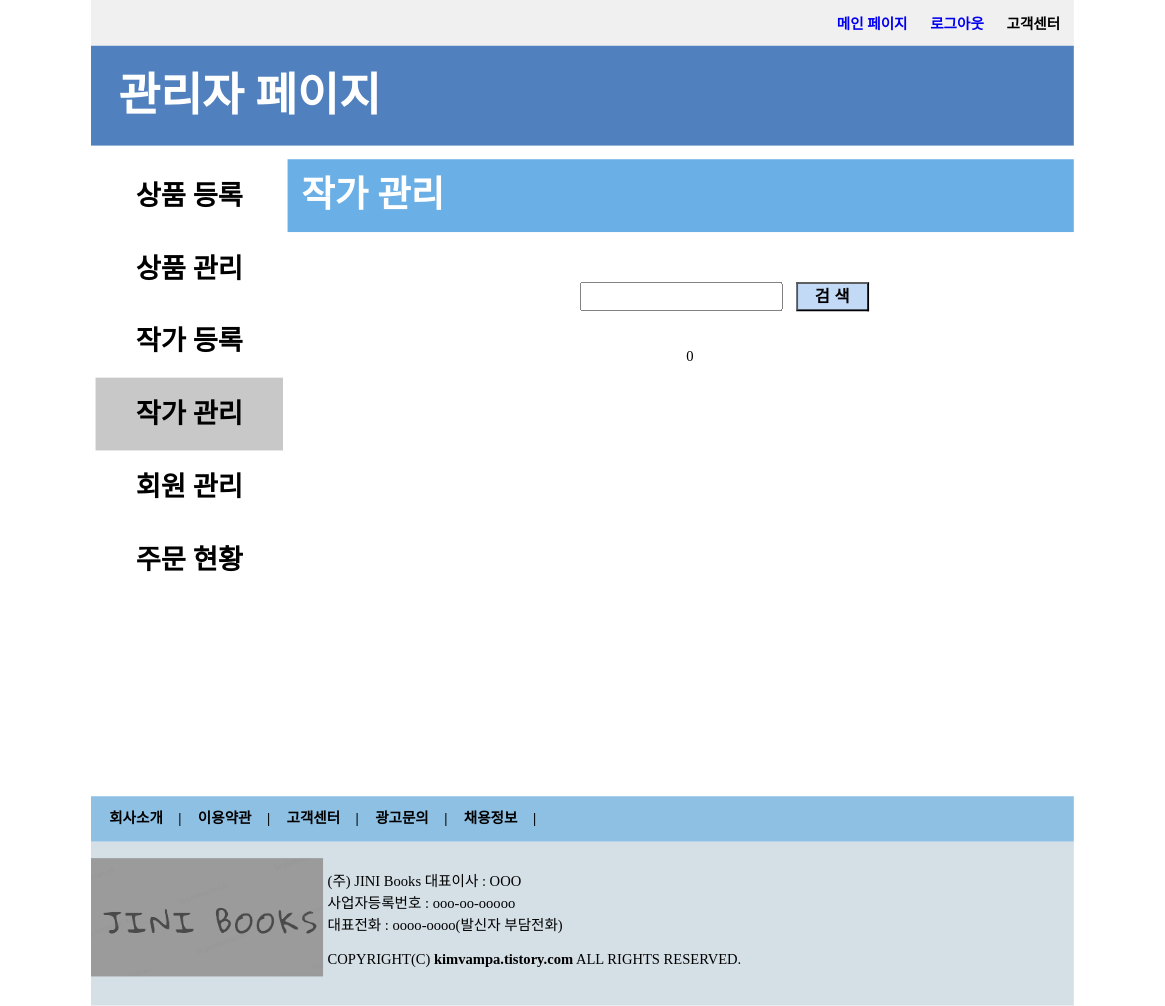
Repository: leechanjin7/ShoppingMall
Page: http://localhost/ShoppingMall/WEB-INF/views/admin/orderList.jsp
The author's editor kept a copy of each file at every save. The page is drawn from the files as they stood at one save, then again after the next save.
The browser window is 1280 px wide. The pictures show the whole page, at 91% of full size.
The page is served by Tomcat 9. Nobody is signed in. Other server files are loaded and not shown. The template is opened directly, without the code that normally fills it, so the values that code supplies are empty.

Above is the page before, as saved 2023-09-13 00:32:47.

### workspace/ShoppingMall/src/main/webapp/WEB-INF/views/admin/orderList.jsp
<%@ page language="java" contentType="text/html; charset=UTF-8"
    pageEncoding="UTF-8"%>
<%@ taglib uri="http://java.sun.com/jsp/jstl/core" prefix="c" %>
<%@ taglib prefix="fmt" uri="http://java.sun.com/jsp/jstl/fmt"%>
<!DOCTYPE html>
<html>
<head>
<meta charset="UTF-8">
<title>Insert title here</title>
<link rel="stylesheet" href="../resources/css/admin/authorManage.css">

<script
  src="https://code.jquery.com/jquery-3.4.1.js"
  integrity="sha256-WpOohJOqMqqyKL9FccASB9O0KwACQJpFTUBLTYOVvVU="
  crossorigin="anonymous"></script>
</head>
</head>
<body>

   				<%@include file="../includes/admin/header.jsp" %>

                <div class="admin_content_wrap">
                    <div class="admin_content_subject"><span>작가 관리</span></div>
                    <div class="author_table_wrap">
                    	<!-- 게시물 o -->
                    	<c:if test = "${listCheck != 'empty'}">

						</c:if>

						<!-- 게시물 x -->
						<c:if test="${listCheck == 'empty' }">
							<div class="table_empty">
								등록된 작가가 없습니다.
							</div>
						</c:if>

                    </div>

                    <!-- 검색 영역 -->
                    <div class="search_wrap">
                    	<form id="searchForm" action="/admin/authorManage" method="get">
                    		<div class="search_input">
                    			<input type="text" name="keyword" value='<c:out value="${pageMaker.cri.keyword}"></c:out>'>
                    			<input type="hidden" name="pageNum" value='<c:out value="${pageMaker.cri.pageNum }"></c:out>'>
                    			<input type="hidden" name="amount" value='${pageMaker.cri.amount}'>
                    			<button class='btn search_btn'>검 색</button>
                    		</div>
                    	</form>
                    </div>

                    <!-- 페이지 이동 인터페이스 영역 -->
                    <div class="pageMaker_wrap" >

	                    <ul class="pageMaker">

	                    	<!-- 이전 버튼 -->
	                    	<c:if test="${pageMaker.prev}">
	                    		<li class="pageMaker_btn prev">
	                    			<a href="${pageMaker.pageStart - 1}">이전</a>
	                    		</li>
	                    	</c:if>

	                    	<!-- 페이지 번호 -->
	                    	<c:forEach begin="${pageMaker.pageStart}" end="${pageMaker.pageEnd}" var="num">
	                    		<li class="pageMaker_btn ${pageMaker.cri.pageNum == num ? "active":""}">
	                    			<a href="${num}">${num}</a>
	                    		</li>
	                    	</c:forEach>

	                    	<!-- 다음 버튼 -->
	                    	<c:if test="${pageMaker.next}">
	                    		<li class="pageMaker_btn next">
	                    			<a href="${pageMaker.pageEnd + 1 }">다음</a>
	                    		</li>
	                    	</c:if>

	                    </ul>

                    </div>
              		<form id="moveForm" action="/admin/authorManage" method="get">
						<input type="hidden" name="pageNum" value="${pageMaker.cri.pageNum}">
						<input type="hidden" name="amount" value="${pageMaker.cri.amount}">
						<input type="hidden" name="keyword" value="${pageMaker.cri.keyword}">
					</form>
                </div>

                <%@include file="../includes/admin/footer.jsp" %>
<script>



</script>

</body>
</html>

### workspace/ShoppingMall/src/main/webapp/WEB-INF/views/includes/admin/header.jsp
<%@ page language="java" contentType="text/html; charset=UTF-8"
    pageEncoding="UTF-8"%>


    <div class="wrapper">
        <div class="wrap">
            <!-- gnv_area -->
            <div class="top_gnb_area">
                <ul class="list">
                    <li><a href="/main">메인 페이지</a></li>
                    <li><a href="/member/logout.do">로그아웃</a></li>
                    <li>고객센터</li>
                </ul>
            </div>
            <!-- top_subject_area -->
            <div class="admin_top_wrap">
                <span>관리자 페이지</span>

            </div>
            <!-- contents-area -->
            <div class="admin_wrap">
                <!-- 네비영역 -->
                <div class="admin_navi_wrap">
                  <ul>
                      <li >
                          <a class="admin_list_01" href="/admin/goodsEnroll">상품 등록</a>
                      </li>
                      <li>
                          <a class="admin_list_02" href="/admin/goodsManage">상품 관리</a>
                      </li>
                      <li>
                          <a class="admin_list_03" href="/admin/authorEnroll">작가 등록</a>
                      </li>
                      <li>
                          <a class="admin_list_04" href="/admin/authorManage">작가 관리</a>
                      </li>
                      <li>
                          <a class="admin_list_05">회원 관리</a>
                      </li>
                      <li>
	                      <a class="admin_list_06" href="/admin/orderList">주문 현황</a>
	                  </li>
                  </ul>
                </div>

### workspace/ShoppingMall/src/main/webapp/WEB-INF/views/includes/admin/footer.jsp
<%@ page language="java" contentType="text/html; charset=UTF-8"
    pageEncoding="UTF-8"%>

     <div class="clearfix"></div>
            </div>


        <!-- Footer 영역 -->
        <div class="footer_nav">
            <div class="footer_nav_container">
                <ul>
                    <li>회사소개</li>
                    <span class="line">|</span>
                    <li>이용약관</li>
                    <span class="line">|</span>
                    <li>고객센터</li>
                    <span class="line">|</span>
                    <li>광고문의</li>
                    <span class="line">|</span>
                    <li>채용정보</li>
                    <span class="line">|</span>
                </ul>
            </div>
        </div> <!-- class="footer_nav" -->

        <div class="footer">
            <div class="footer_container">

                <div class="footer_left">
                    <img src="resources/img/Logo.png">
                </div>
                <div class="footer_right">
                    (주) JINI Books    대표이사 : OOO
                    <br>
                    사업자등록번호 : ooo-oo-ooooo
                    <br>
                    대표전화 : oooo-oooo(발신자 부담전화)
                    <br>
                    <br>
                    COPYRIGHT(C) <strong>kimvampa.tistory.com</strong>    ALL RIGHTS RESERVED.
                </div>
                <div class="clearfix"></div>
            </div>
        </div> <!-- class="footer" -->

        </div>
    </div>

### workspace/ShoppingMall/src/main/webapp/resources/css/admin/authorManage.css
@charset "UTF-8";
*{
    margin: 0;
    padding:0;
}
a{
    text-decoration: none;
}
ul{
    list-style: none;
}
/* 화면 전체 렙 */
.wrapper{
    width: 100%;
}
/* content 랩 */
.wrap{
    width : 1080px;
    margin: auto;
}
/* 홈페이지 기능 네비 */
.top_gnb_area{
    width: 100%;
    height: 50px;
    background-color: #f0f0f1;
    position:relative;
}
.top_gnb_area .list{
    position: absolute;
    top: 0px;
    right: 0;

}
.top_gnb_area .list li{
    list-style: none;
    float : left;
    padding: 13px 15px 0 10px;
    font-weight: 900;
    cursor: pointer;
}

/* 관리제 페이지 상단 현페이지 정보 */
.admin_top_wrap{
    height:110px;
    line-height: 110px;
    background-color: #5080bd;
    margin-bottom:15px;
}
.admin_top_wrap>span{
    margin-left: 30px;
    display:inline-block;
    color: white;
    font-size: 50px;
    font-weight: bolder;
}
/* 관리자 wrap(네비+컨텐츠) */
.admin_wrap{


}

/* 관리자페이지 네비 영역 */
.admin_navi_wrap{
    width: 20%;
    height: 300px;
    float:left;
    height: 100%;
}
.admin_navi_wrap li{
    display: block;
    height: 80px;
    line-height: 80px;
    text-align: center;
}
.admin_navi_wrap li a{
    display: block;
    height: 100%;
    width: 95%;
    margin: 0 auto;
    cursor: pointer;
    font-size: 30px;
    font-weight: bolder;
}
.admin_navi_wrap li a:link {color: black;}
.admin_navi_wrap li a:visited {color: black;}
.admin_navi_wrap li a:active {color: black;}
.admin_navi_wrap li a:hover {color: black;}

.admin_list_04{
    background-color: #c8c8c8;
}


/* 관리자페이지 컨텐츠 영역 */
.admin_content_wrap{
    width: 80%;
    float:left;
    height: 100%;
    min-height : 700px;

}
.admin_content_subject{            /* 관리자 컨텐츠 제목 영역 */
    font-size: 40px;
    font-weight: bolder;
    padding-left: 15px;
    background-color: #6AAFE6;
    height: 80px;
    line-height: 80px;
    color: white;
}

/* footer navai 영역 */
.footer_nav{
    width:100%;
    height:50px;
}
.footer_nav_container{
    width: 100%;
    height: 100%;
    background-color:#8EC0E4;
}
.footer_nav_container>ul{
    font-weight : bold;
    float:left;
    list-style:none;
    position:relative;
    padding-top:10px;
    line-height: 27px;
    font-family: dotum;
    margin-left: 10px;
}
.footer_nav_container>ul>li{
    display:inline;
    width: 45px;
    height: 19px;
    padding: 10px 9px 0 10px;
}
.footer_nav_container>ul>span{
    margin: 0 4px;
}
/* footer 영역 */
.footer{
    width:100%;
    height:130px;
    background-color:#D4DFE6;
    padding-bottom : 50px;
}
.footer_container{
    width: 100%;
    height: 100%;
    margin: auto;
}
.footer_left>img {
    width: 150%;
    height: 130px;
    margin-left: -20px;
    margin-top: -12px;
}
.footer_left{
    float :left;
    width: 170px;
    margin-left: 20px;
    margin-top : 30px;

}
.footer_right{
    float :left;
    width: 680px;
    margin-left: 70px;
    margin-top : 30px;
}

/* 작가 목록 영역 */
.author_table_wrap{
	padding: 20px 35px
}
.author_table{
	width: 100%;
    border: 1px solid #d3d8e1;
    text-align: center;
    border-collapse: collapse;
}
.author_table td{
	padding: 10px 5px;
	border : 1px solid #e9ebf0;
}
.author_table thead{
	background-color: #f8f9fd;
	font-weight: 600;
}
.th_column_1{
	width:120px;
}
.th_column_3{
	width:110px;
}
.th_column_4{
	width:140px;
}
.th_column_5{
	width:140px;
}
/* 작가 상세 페이지 이동 태그 */
.author_table a{
	color:#1088ed;
	font-weight: 500;
}

/* 페이지 버튼 인터페이스 */
.pageMaker_wrap{
	text-align: center;
    margin-top: 30px;
    margin-bottom: 40px;
}
.pageMaker_wrap a{
	color : black;
}
.pageMaker{
    list-style: none;
    display: inline-block;
}
.pageMaker_btn {
    float: left;
    width: 40px;
    height: 40px;
    line-height: 40px;
    margin-left: 20px;
}
.next, .prev {
    border: 1px solid #ccc;
    padding: 0 10px;
}
.next a, .prev a {
    color: #ccc;
}
.active{							/* 현재 페이지 버튼 */
	border : 2px solid black;
	font-weight:400;
}

/* 검색 영역 */
.search_wrap{
	margin-top:15px;
}
.search_input{
    position: relative;
    text-align:center;
}
.search_input input[name='keyword']{
	padding: 4px 10px;
    font-size: 15px;
    height: 20px;
    line-height: 20px;
}
.search_btn{
	height: 32px;
    width: 80px;
    font-weight: 600;
    font-size: 18px;
    line-height: 20px;
    position: absolute;
    margin-left: 15px;
    background-color: #c3daf7;
}

.table_empty{
	height: 50px;
    text-align: center;
    margin: 200px 0 215px 0px;
    font-size: 25px;
}


/* float 속성 해제 */
.clearfix{
    clear: both;
}

### workspace/ShoppingMall/src/main/webapp/resources/css/admin/orderList.css
@charset "UTF-8";
*{
	margin: 0;
	padding:0;
}
a{
	text-decoration: none;
}
a:link {color: black;}
a:visited {color: black;}
a:active {color: black;}
a:hover {color: black;}
ul{
    list-style: none;
}
/* 화면 전체 렙 */
.wrapper{
	width: 100%;
}
/* content 랩 */
.wrap{
	width : 1080px;
	margin: auto;
}
/* 홈페이지 기능 네비 */
.top_gnb_area{
	width: 100%;
    height: 50px;
    background-color: #f0f0f1;
    position:relative;
}
.top_gnb_area .list{
	position: absolute;
    top: 0px;
    right: 0;

}
.top_gnb_area .list li{
	list-style: none;
    float : left;
    padding: 13px 15px 0 10px;
    font-weight: 900;
    cursor: pointer;
}

/* 관리제 페이지 상단 현페이지 정보 */
.admin_top_wrap{
    height:110px;
    line-height: 110px;
    background-color: #5080bd;
    margin-bottom: 15px;
}
.admin_top_wrap>span{
    margin-left: 30px;
    display:inline-block;
    color: white;
    font-size: 50px;
    font-weight: bolder;
}
/* 관리자 wrap(네비+컨텐츠) */
.admin_wrap{


}

/* 관리자페이지 네비 영역 */
.admin_navi_wrap{
    width: 20%;
    height: 300px;
    float:left;
    height: 100%;
}
.admin_navi_wrap li{
    display: block;
    height: 80px;
    line-height: 80px;
    text-align: center;
}
.admin_navi_wrap li a{
    display: block;
    height: 100%;
    width: 95%;
    margin: 0 auto;
    cursor: pointer;
    font-size: 30px;
    font-weight: bolder;
}

.admin_list_06{
    background-color: #c8c8c8;
}


/* 관리자페이지 컨텐츠 영역 */
.admin_content_wrap{
    width: 80%;
    float:left;
    min-height:700px;
}
.admin_content_subject{	/* 관리자 컨텐츠 제목 영역 */
    font-size: 40px;
    font-weight: bolder;
    padding-left: 15px;
    background-color: #6AAFE6;
    height: 80px;
    line-height: 80px;
    color: white;
}
	/* 작가 목록 영역 */
.order_table_wrap{
	padding: 20px 35px;
	min-height: 570px;
}
.order_table{
	margin: auto;
    width: 100%;
    border: 1px solid #d3d8e1;
    text-align: center;
    border-collapse: collapse;
    margin-top: 10px;
}
.order_table td{
	padding: 10px 5px;
	border : 1px solid #e9ebf0;
}
.order_table thead{
	background-color: #f8f9fd;
	font-weight: 600;
}

.table_empty{
	height: 50px;
    text-align: center;
    margin: 200px 0 215px 0px;
    font-size: 25px;
}

	/* 검색 영역 */
.search_wrap{
	margin-top:15px;
}
.search_input{
    position: relative;
    text-align:center;
}
.search_input input[name='keyword']{
	padding: 4px 10px;
    font-size: 15px;
    height: 20px;
    line-height: 20px;
}
.search_btn{
	height: 32px;
    width: 80px;
    font-weight: 600;
    font-size: 18px;
    line-height: 20px;
    position: absolute;
    margin-left: 15px;
    background-color: #c3daf7;
}

	/* 페이지 버튼 인터페이스 */
.pageMaker_wrap{
	text-align: center;
    margin-top: 30px;
    margin-bottom: 40px;
}
.pageMaker{
    list-style: none;
    display: inline-block;
}
.pageMaker_btn {
    float: left;
    width: 40px;
    height: 40px;
    line-height: 40px;
    margin-left: 20px;
}
.active{
	border : 2px solid black;
	font-weight:400;
}
.next, .prev {
    border: 1px solid #ccc;
    padding: 0 10px;
}
.next a, .prev a {
    color: #ccc;
}
.delete_btn{
    border: none;
    color: white;
    padding: 5px 15px;
    cursor: pointer;
    background-color: #f7564b;
}
.delete_btn:hover{
	background-color : #da190b;
}

/* footer navai 영역 */
.footer_nav{
	width:100%;
	height:50px;
}
.footer_nav_container{
	width: 100%;
	height: 100%;
	background-color:#8EC0E4;
}
.footer_nav_container>ul{
	font-weight : bold;
	float:left;
	list-style:none;
	position:relative;
	padding-top:10px;
	line-height: 27px;
	font-family: dotum;
	margin-left: 10px;
}
.footer_nav_container>ul>li{
	display:inline;
	width: 45px;
	height: 19px;
	padding: 10px 9px 0 10px;
}
.footer_nav_container>ul>span{
	margin: 0 4px;
}
/* footer 영역 */
.footer{
	width:100%;
	height:130px;
	background-color:#D4DFE6;
	padding-bottom : 50px;
}
.footer_container{
	width: 100%;
	height: 100%;
	margin: auto;
}
.footer_left>img {
	width: 150%;
    height: 130px;
    margin-left: -20px;
    margin-top: -12px;
}
.footer_left{
	float :left;
	width: 170px;
	margin-left: 20px;
	margin-top : 30px;

}
.footer_right{
	float :left;
	width: 680px;
	margin-left: 70px;
	margin-top : 30px;
}



/* float 속성 해제 */
.clearfix{
	clear: both;
}

After the next save:
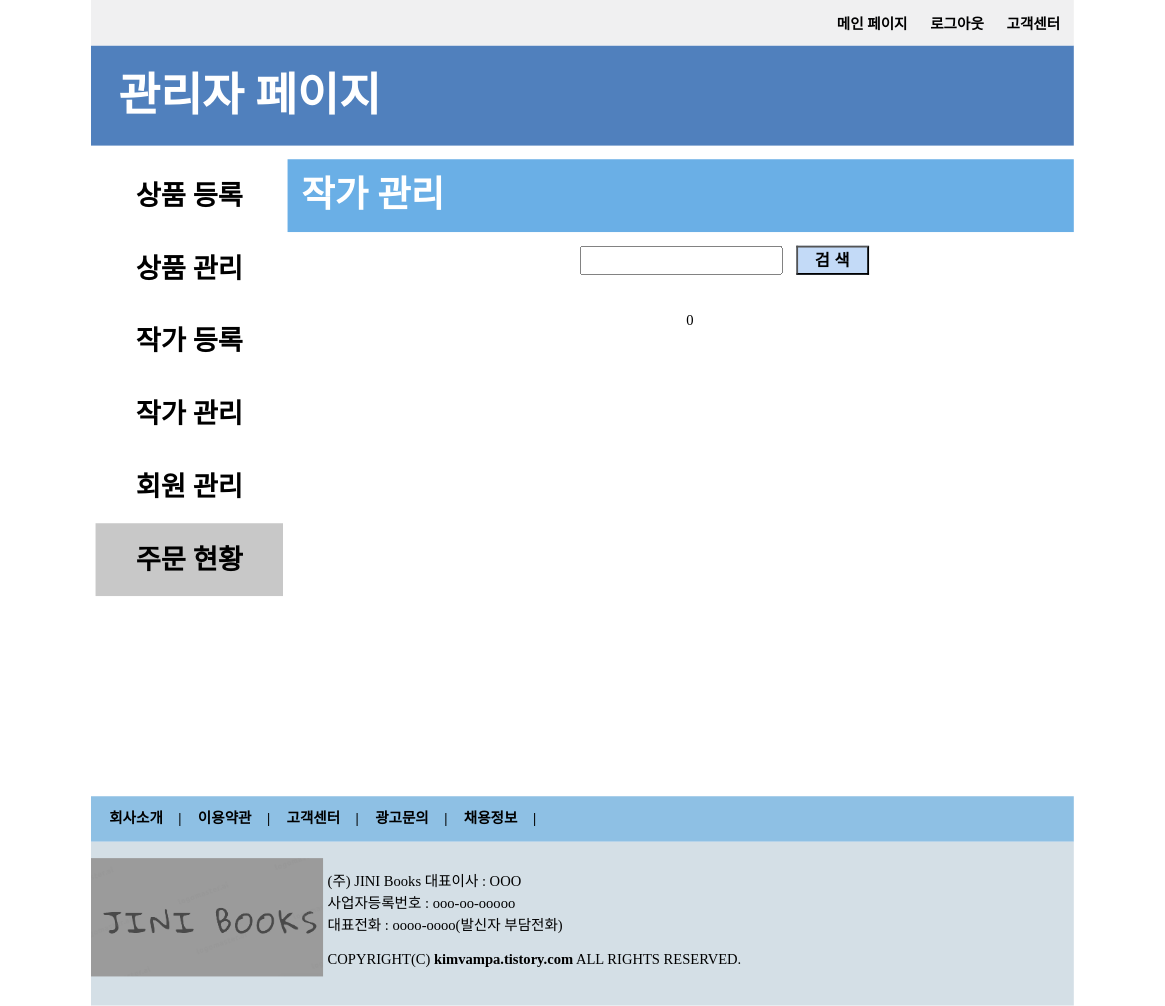
Saved 14 s later.
--- a/workspace/ShoppingMall/src/main/webapp/WEB-INF/views/admin/orderList.jsp
+++ b/workspace/ShoppingMall/src/main/webapp/WEB-INF/views/admin/orderList.jsp
@@ -7,7 +7,7 @@
 <head>
 <meta charset="UTF-8">
 <title>Insert title here</title>
-<link rel="stylesheet" href="../resources/css/admin/authorManage.css">
+<link rel="stylesheet" href="../resources/css/admin/orderList.css">
 
 <script
   src="https://code.jquery.com/jquery-3.4.1.js"
